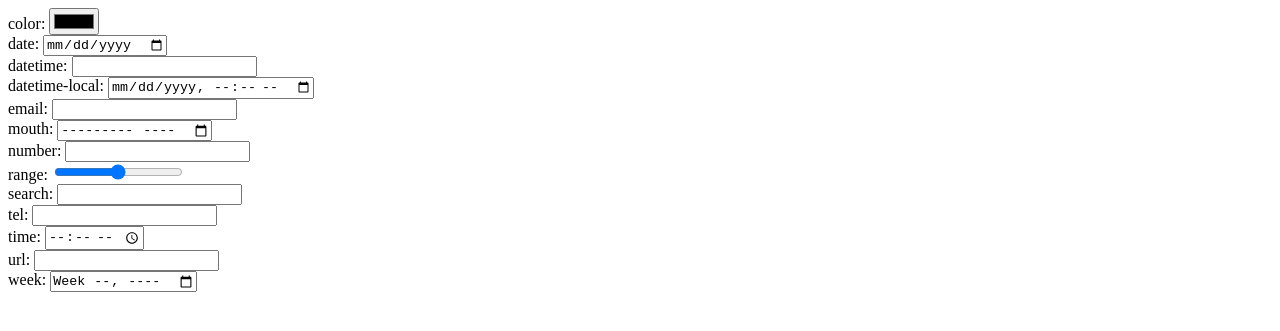
Repository: soso1525/bitcamp
Page: workspace/java-web/src/main/webapp/ch2/2-41.html
The author's editor kept a copy of each file at every save. The page is drawn from the files as they stood at one save, then again after the next save.
The browser window is 1280 px wide. The pictures show the whole page.

Above is the page before, as saved 2017-12-12 07:24:30.

After the next save:
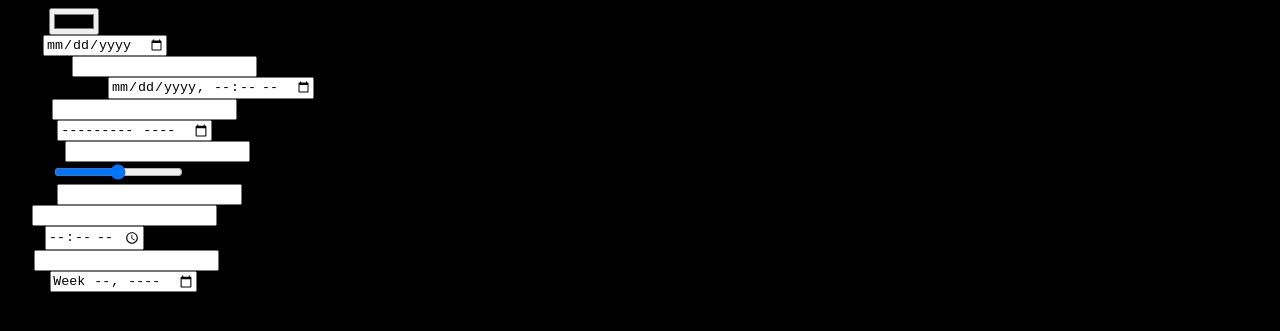
Saved 2 min 24 s later.
--- a/workspace/java-web/src/main/webapp/ch2/2-41.html
+++ b/workspace/java-web/src/main/webapp/ch2/2-41.html
@@ -2,6 +2,11 @@
 <html>
 <head>
     <title>HTML5 Basic</title>
+    <style>
+        body {
+            background-color: black;
+        }
+    </style>
 </head>
 <body>
     <form>

After the save that followed:
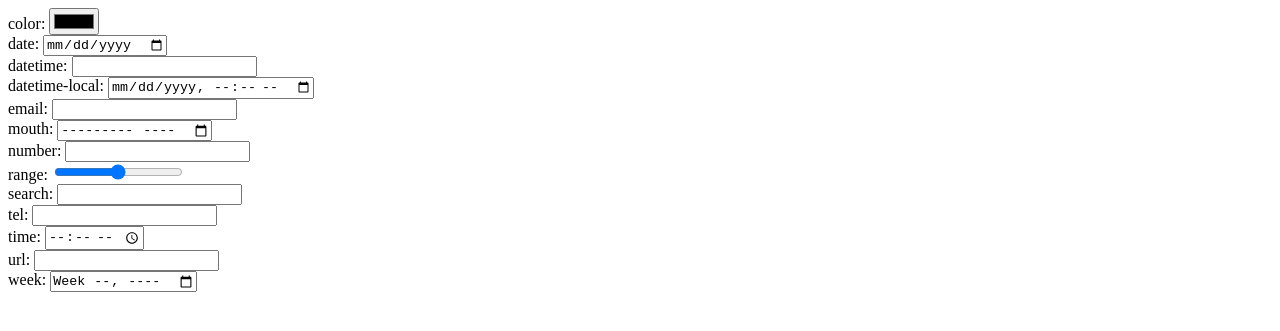
Saved 3 min 2 s later.
--- a/workspace/java-web/src/main/webapp/ch2/2-41.html
+++ b/workspace/java-web/src/main/webapp/ch2/2-41.html
@@ -2,11 +2,7 @@
 <html>
 <head>
     <title>HTML5 Basic</title>
-    <style>
-        body {
-            background-color: black;
-        }
-    </style>
+
 </head>
 <body>
     <form>
